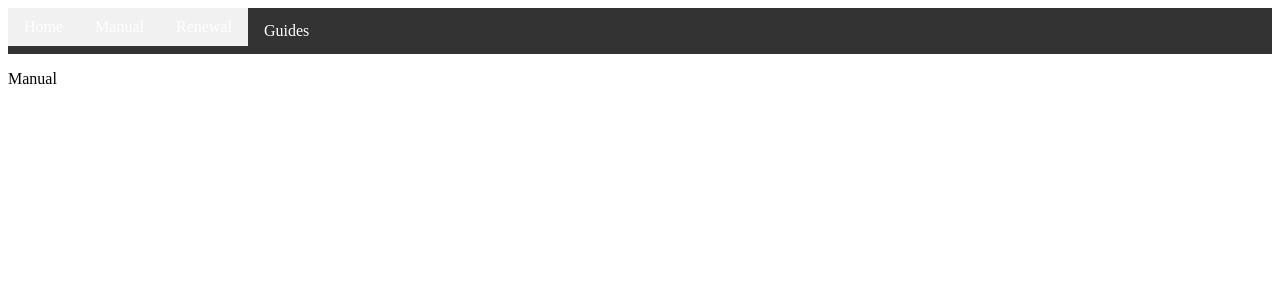
Repository: muesinga/ticketoffice-dot-info
Page: guides/manual.html
The author's editor kept a copy of each file at every save. The page is drawn from the files as they stood at one save, then again after the next save.
The browser window is 1280 px wide. The pictures show the whole page.

Above is the page before, as saved 2022-06-07 10:45:23.
Console error: TypeError: Cannot read properties of null (reading 'getElementsByClassName')

### guides/manual.html
<!DOCTYPE html>
<html>
<head>
    <link rel="stylesheet" href="/style/style.css">
    <link rel="import" href="/components/nav.html">
    <script src="/src/nav.js" deferd></script>
    <script src="/src/index.js" defer></script>
</head>
<body>
    <script id="replace_with_navbar" src="index.js"></script>
<p>
    Manual
</p>

</body>
</html>

### style/style.css
  #navlink-container {
    list-style-type: none;
    margin: 0;
    padding: 0;
    overflow: hidden;
    background-color: #333;
  }
  .navlink {
    border: none;
    outline: none;
    padding: 10px 16px;
    background-color: #f1f1f1;
    cursor: pointer;
    text-decoration: none;
    display: block;
    color: white;
    float: left;
  }

  .active, .navlink:hover {
    background-color: #666;
    color: white;
  }

  li a, .dropbtn {
    display: inline-block;
    color: white;
    text-align: center;
    padding: 14px 16px;
    text-decoration: none;
  }

  li a:hover, .dropdown:hover .dropbtn {
    background-color: red;
  }


  li.dropdown {
    display: inline-block;
  }

  .dropdown-content {
    display: none;
    position: absolute;
    background-color: #f9f9f9;
    min-width: 160px;
    box-shadow: 0px 8px 16px 0px rgba(0,0,0,0.2);
    z-index: 1;
  }

  .dropdown-content a {
    color: black;
    padding: 12px 16px;
    text-decoration: none;
    display: block;
    text-align: left;
  }

  .dropdown-content a:hover {background-color: #f1f1f1;}

  .dropdown:hover .dropdown-content {
    display: block;
  }

### src/nav.js
fetch('/components/nav.html')
.then(res => res.text())
.then(text => {
    let oldelem = document.querySelector("script#replace_with_navbar");
    let newelem = document.createElement("div");
    newelem.innerHTML = text;
    oldelem.parentNode.replaceChild(newelem,oldelem);
})

### src/index.js
var navlinkContainer = document.getElementById("navlink-container")
var navlinks = navlinkContainer.getElementsByClassName("navlink")


for (var i = 0; i < navlinks.length; i++) {
    navlinks[i].addEventListener("click", function() {
        var current = document.getElementsByClassName("active");
        current[0].className = current[0].className,replace("active", "");
        this.className += "active";
    });
}

### components/nav.html
<nav>
    <ul id="navlink-container">
        <li><a class="navlink" href="../index.html">Home</a></li>
        <li><a class="navlink" href="../guides/manual.html">Manual</a></li>
        <li><a class="navlink" href="../guides/renewal.html">Renewal</a></li>
        <li class="dropdown">
            <a href="javascript:void(0)" class="dropbtn">Guides</a>
            <div class="dropdown-content">
                <a href="#">1</a>
                <a href="#">2</a>
                <a href="#">3</a>
            </div>
        </li>
    </ul>
</nav>

After the next save:
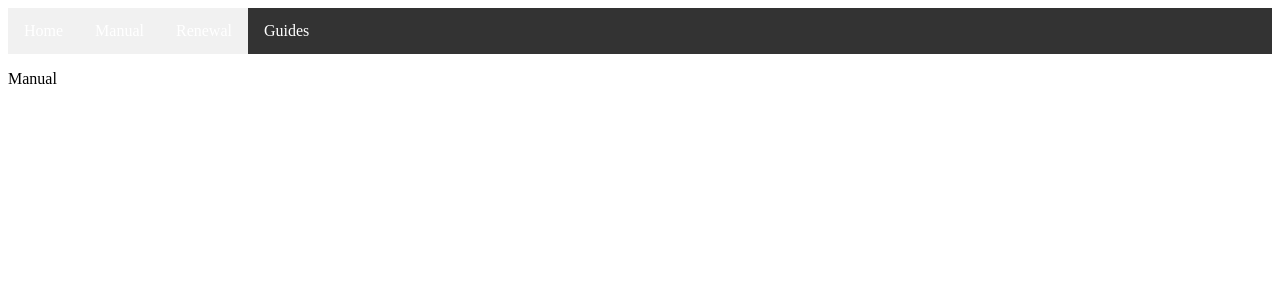
Saved 25 s later.
--- a/style/style.css
+++ b/style/style.css
@@ -8,7 +8,7 @@
   .navlink {
     border: none;
     outline: none;
-    padding: 10px 16px;
+    padding: 14px 16px;
     background-color: #f1f1f1;
     cursor: pointer;
     text-decoration: none;
